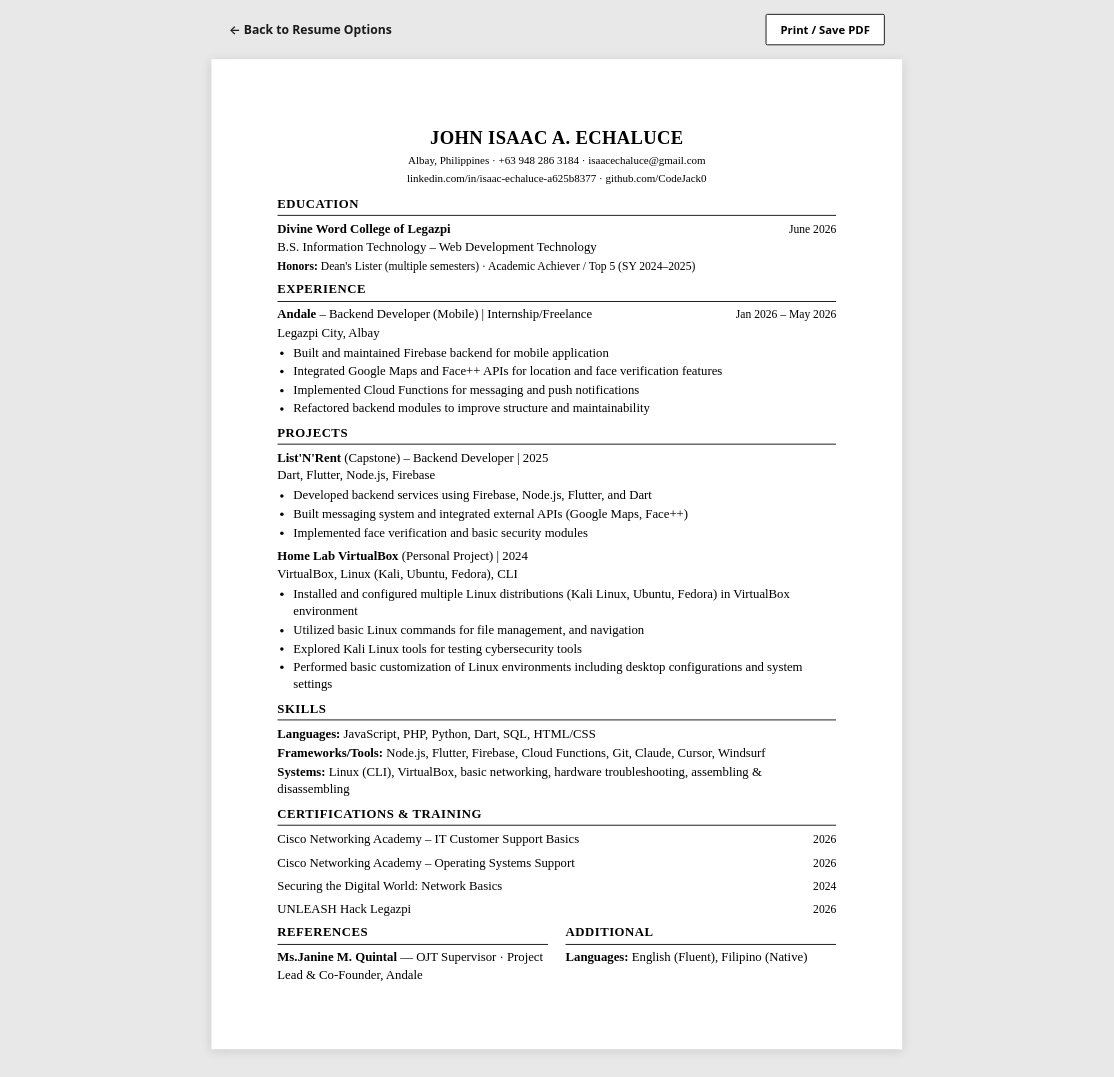
Repository: CodeJack0/Professional_Portfolio
Page: pages/resume.html
An editor plug-in stored every save of this project. The page is shown before and after the next save, followed by the edit.
The browser window is 1280 px wide. The pictures show the whole page, at 87% of full size.

Above is the page before, as saved 2026-05-30 13:58:57.

### pages/resume.html
<!DOCTYPE html>
<html lang="en">
<head>
  <meta charset="UTF-8" />
  <meta name="viewport" content="width=device-width, initial-scale=1.0" />
  <meta name="description" content="Resume / CV — John Isaac A. Echaluce, IT Graduate" />
  <title>Resume / CV — John Isaac A. Echaluce</title>
  <link rel="stylesheet" href="../css/resume.css" />
</head>
<body class="resume-page">
  <div class="resume-toolbar no-print">
    <a href="resumes.html" class="toolbar-link">← Back to Resume Options</a>
    <button type="button" class="toolbar-btn" onclick="window.print()">Print / Save PDF</button>
  </div>

  <article class="resume-document" aria-label="Resume">
    <header class="resume-header">
      <h1 class="resume-name">John Isaac A. Echaluce</h1>
      <p class="resume-contact-line">
        Albay, Philippines · <a href="tel:+639482863184">+63 948 286 3184</a> ·
        <a href="mailto:isaacechaluce@gmail.com">isaacechaluce@gmail.com</a>
      </p>
      <p class="resume-contact-line resume-contact-line--links">
        <a href="https://www.linkedin.com/in/isaac-echaluce-a625b8377/" rel="noopener noreferrer">linkedin.com/in/isaac-echaluce-a625b8377</a> ·
        <a href="https://github.com/CodeJack0" rel="noopener noreferrer">github.com/CodeJack0</a>
      </p>
    </header>

    <main class="resume-content">
      <section class="resume-section">
        <h2 class="resume-section-title">Education</h2>

        <div class="entry">
          <div class="entry-row">
            <span class="entry-left"><strong>Divine Word College of Legazpi</strong></span>
            <span class="entry-right">June 2026</span>
          </div>
          <div class="entry-row entry-row--sub">
            <span class="entry-left">B.S. Information Technology – Web Development Technology</span>
          </div>
          <p class="honors-line">
            <strong>Honors:</strong> Dean's Lister (multiple semesters) · Academic Achiever / Top 5 (SY 2024–2025)
          </p>
        </div>
      </section>

      <section class="resume-section">
        <h2 class="resume-section-title">Experience</h2>

        <div class="entry">
          <div class="entry-row">
            <span class="entry-left"><strong>Andale</strong> – Backend Developer (Mobile) | Internship/Freelance</span>
            <span class="entry-right">Jan 2026 – May 2026</span>
          </div>
          <div class="entry-row entry-row--sub">
            <span class="entry-left">Legazpi City, Albay</span>
          </div>
          <ul class="resume-list">
            <li>Built and maintained Firebase backend for mobile application</li>
            <li>Integrated Google Maps and Face++ APIs for location and face verification features</li>
            <li>Implemented Cloud Functions for messaging and push notifications</li>
            <li>Refactored backend modules to improve structure and maintainability</li>
          </ul>
        </div>
      </section>

      <section class="resume-section">
        <h2 class="resume-section-title">Projects</h2>

        <div class="entry">
          <div class="entry-row">
            <span class="entry-left"><strong>List'N'Rent</strong> (Capstone) – Backend Developer | 2025</span>
            <span class="entry-right"></span>
          </div>
          <div class="entry-row entry-row--sub">
            <span class="entry-left">Dart, Flutter, Node.js, Firebase</span>
          </div>
          <ul class="resume-list">
            <li>Developed backend services using Firebase, Node.js, Flutter, and Dart</li>
            <li>Built messaging system and integrated external APIs (Google Maps, Face++)</li>
            <li>Implemented face verification and basic security modules</li>
          </ul>
        </div>

        <div class="entry">
          <div class="entry-row">
            <span class="entry-left"><strong>Home Lab VirtualBox</strong> (Personal Project) | 2024</span>
            <span class="entry-right"></span>
          </div>
          <div class="entry-row entry-row--sub">
            <span class="entry-left">VirtualBox, Linux (Kali, Ubuntu, Fedora), CLI</span>
          </div>
          <ul class="resume-list">
            <li>Installed and configured multiple Linux distributions (Kali Linux, Ubuntu, Fedora) in VirtualBox environment</li>
            <li>Utilized basic Linux commands for  file management, and navigation</li>
            <li>Explored Kali Linux tools for testing cybersecurity tools</li>
            <li>Performed basic customization of Linux environments including desktop configurations and system settings</li>
          </ul>
        </div>


      <section class="resume-section">
        <h2 class="resume-section-title">Skills</h2>
        <p class="skills-line"><strong>Languages:</strong> JavaScript, PHP, Python, Dart, SQL, HTML/CSS</p>
        <p class="skills-line"><strong>Frameworks/Tools:</strong> Node.js, Flutter, Firebase, Cloud Functions, Git, Claude, Cursor, Windsurf</p>
        <p class="skills-line"><strong>Systems:</strong> Linux (CLI), VirtualBox, basic networking, hardware troubleshooting, assembling & disassembling</p>
      </section>

      <section class="resume-section">
        <h2 class="resume-section-title">Certifications & Training</h2>

        <div class="entry entry--compact">
          <div class="entry-row">
            <span class="entry-left">Cisco Networking Academy – IT Customer Support Basics</span>
            <span class="entry-right">2026</span>
          </div>
        </div>

        <div class="entry entry--compact">
          <div class="entry-row">
            <span class="entry-left">Cisco Networking Academy – Operating Systems Support</span>
            <span class="entry-right">2026</span>
          </div>
        </div>

        <div class="entry entry--compact">
          <div class="entry-row">
            <span class="entry-left">Securing the Digital World: Network Basics</span>
            <span class="entry-right">2024</span>
          </div>
        </div>

        <div class="entry entry--compact">
          <div class="entry-row">
            <span class="entry-left">UNLEASH Hack Legazpi</span>
            <span class="entry-right">2026</span>
          </div>
        </div>
      </section>

      <section class="resume-section resume-section--combined">
        <div class="resume-two-col">
          <div>
            <h2 class="resume-section-title">References</h2>
            <p class="skills-line"><strong>Ms.Janine M. Quintal</strong> — OJT Supervisor · Project Lead &amp; Co-Founder, Andale</p>
          </div>
          <div>
            <h2 class="resume-section-title">Additional</h2>
            <p class="skills-line"><strong>Languages:</strong> English (Fluent), Filipino (Native)</p>
          </div>
        </div>
      </section>
    </main>
  </article>
</body>
</html>

### css/resume.css
/* Harvard-style resume — conservative, single column, print-first (A4) */

:root {
  --resume-page-width: 210mm;
  --resume-page-height: 297mm;
  --resume-page-margin: 20mm;
}

*,
*::before,
*::after {
  box-sizing: border-box;
}

body.resume-page {
  margin: 0;
  font-family: "Times New Roman", Times, Georgia, serif;
  font-size: 11pt;
  line-height: 1.35;
  color: #000;
  background: #e8e8e8;
  -webkit-font-smoothing: antialiased;
}

/* Toolbar (screen only) */
.resume-toolbar {
  display: flex;
  align-items: center;
  justify-content: space-between;
  max-width: var(--resume-page-width);
  margin: 0 auto;
  padding: 1rem 1.25rem;
  gap: 1rem;
  font-family: system-ui, -apple-system, sans-serif;
}

.toolbar-link {
  font-size: 0.875rem;
  font-weight: 600;
  color: #1a1a1a;
  text-decoration: none;
}

.toolbar-link:hover {
  text-decoration: underline;
}

.toolbar-btn {
  font-family: inherit;
  font-size: 0.8125rem;
  font-weight: 600;
  padding: 0.5rem 1rem;
  border: 1px solid #000;
  border-radius: 2px;
  background: #fff;
  color: #000;
  cursor: pointer;
}

.toolbar-btn:hover {
  background: #f5f5f5;
}

/* Document */
.resume-document {
  width: 100%;
  max-width: var(--resume-page-width);
  min-height: var(--resume-page-height);
  margin: 0 auto 2rem;
  padding: var(--resume-page-margin);
  background: #fff;
  box-shadow: 0 2px 12px rgba(0, 0, 0, 0.12);
}

/* Header */
.resume-header {
  text-align: center;
  margin-bottom: 0.65rem;
}

.resume-name {
  font-size: 16pt;
  font-weight: 700;
  margin: 0 0 0.25rem;
  letter-spacing: 0.02em;
  text-transform: uppercase;
}

.resume-tagline {
  margin: 0;
  font-size: 10.5pt;
  font-style: italic;
}

.resume-summary {
  margin: 0.35rem auto 0;
  max-width: 95%;
  font-size: 10pt;
  line-height: 1.4;
  text-align: center;
}

.resume-contact-line {
  margin: 0.2rem 0 0;
  font-size: 9.5pt;
  line-height: 1.45;
}

.resume-contact-line--links {
  margin-top: 0.1rem;
}

.resume-contact-line a {
  color: inherit;
  text-decoration: none;
}

.resume-contact-line a:hover {
  text-decoration: underline;
}

.honors-line {
  margin: 0.2rem 0 0;
  font-size: 10pt;
  line-height: 1.35;
}

.entry-note {
  margin: 0.15rem 0 0;
  font-size: 9.5pt;
  font-style: italic;
  line-height: 1.35;
}

/* Sections */
.resume-content {
  margin: 0;
}

.resume-section {
  margin-bottom: 0.45rem;
}

.entry--compact {
  margin-bottom: 0.2rem;
}

.resume-two-col {
  display: grid;
  grid-template-columns: 1fr 1fr;
  gap: 1.25rem;
  align-items: start;
}

.resume-two-col .resume-section-title {
  margin-top: 0;
}

.resume-section--combined {
  margin-bottom: 0;
}

.skills-line--muted {
  font-size: 9.5pt;
  font-style: italic;
}

.resume-section:last-child {
  margin-bottom: 0;
}

.resume-section-title {
  font-size: 11pt;
  font-weight: 700;
  text-transform: uppercase;
  letter-spacing: 0.04em;
  margin: 0.5rem 0 0.35rem;
  padding-bottom: 0.15rem;
  border-bottom: 1px solid #000;
}

.resume-section:first-child .resume-section-title {
  margin-top: 0;
}

/* Entries */
.entry {
  margin-bottom: 0.45rem;
}

.entry:last-child {
  margin-bottom: 0;
}

.entry-row {
  display: flex;
  justify-content: space-between;
  align-items: baseline;
  gap: 1rem;
}

.entry-row--sub {
  margin-top: 0.05rem;
}

.entry-left {
  flex: 1;
  min-width: 0;
}

.entry-right {
  flex-shrink: 0;
  white-space: nowrap;
  font-size: 10pt;
}

/* Lists */
.resume-list {
  margin: 0.2rem 0 0;
  padding-left: 1.15rem;
}

.resume-list li {
  margin-bottom: 0.1rem;
}

.resume-list--plain {
  list-style: disc;
  padding-left: 1.15rem;
}

/* Skills */
.skills-line {
  margin: 0.15rem 0 0;
}

.skills-line:first-of-type {
  margin-top: 0.1rem;
}

.resume-section--inline .skills-line {
  margin-top: 0.1rem;
}

.skills-grid {
  display: grid;
  grid-template-columns: 1fr 1fr;
  gap: 1rem;
  margin-top: 0.1rem;
}

.skills-grid .resume-list {
  margin: 0;
}

/* Responsive */
@media (max-width: 640px) {
  .resume-document {
    min-height: auto;
    padding: 1rem;
  }

  .resume-contact-line {
    font-size: 9pt;
  }

  .entry-row {
    flex-direction: column;
    gap: 0.1rem;
  }

  .entry-right {
    white-space: normal;
  }

  .resume-two-col {
    grid-template-columns: 1fr;
    gap: 0.5rem;
  }
}

/* Print */
@media print {
  @page {
    size: A4;
    margin: 0;
  }

  body.resume-page {
    background: #fff;
    font-size: 11pt;
  }

  .no-print {
    display: none !important;
  }

  .resume-document {
    max-width: none;
    min-height: auto;
    margin: 0;
    padding: var(--resume-page-margin);
    box-shadow: none;
  }

  .resume-contact-line a {
    text-decoration: none;
  }

  .entry,
  .resume-section {
    break-inside: avoid;
  }
}

After the next save:
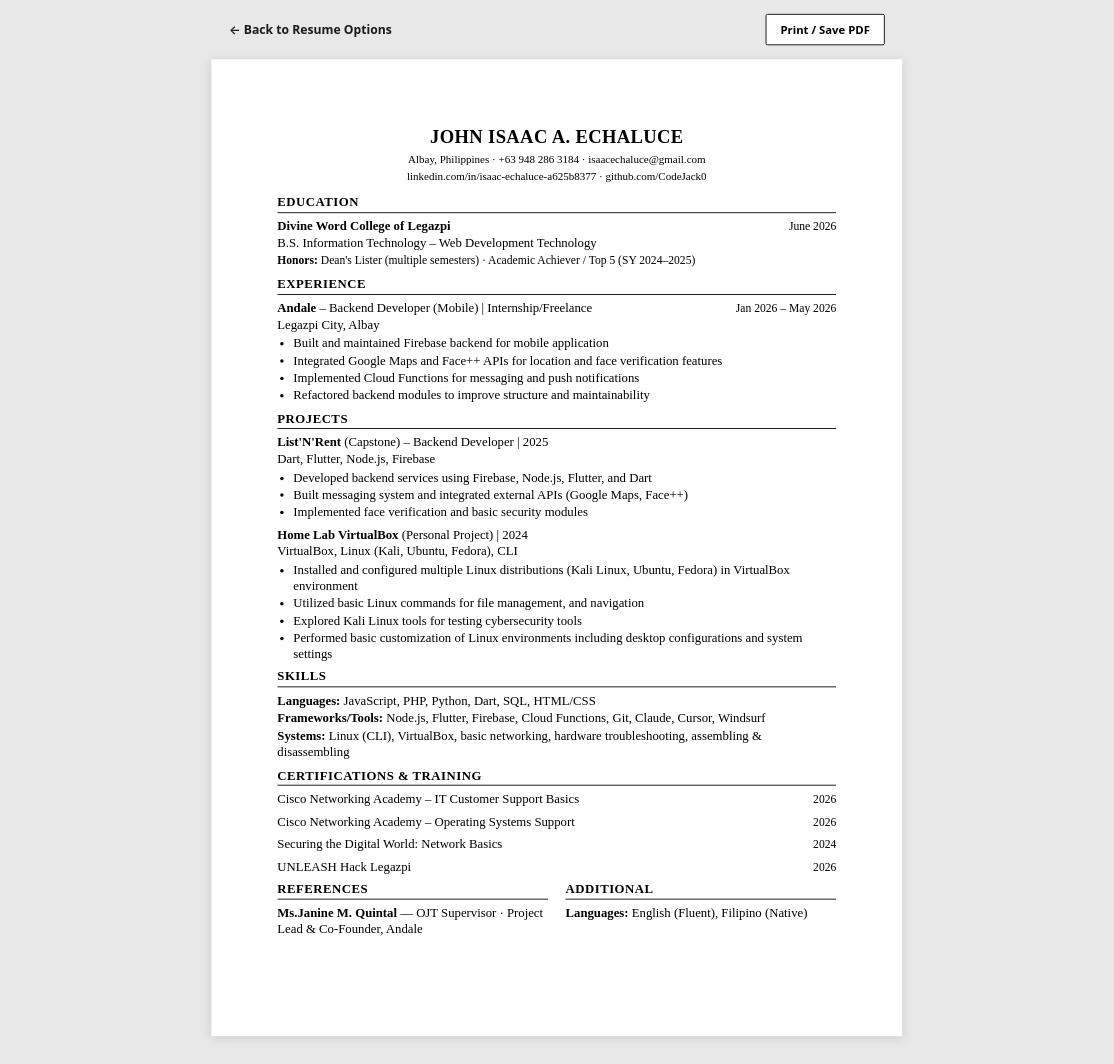
Saved 44 s later.
--- a/css/resume.css
+++ b/css/resume.css
@@ -16,7 +16,7 @@ body.resume-page {
   margin: 0;
   font-family: "Times New Roman", Times, Georgia, serif;
   font-size: 11pt;
-  line-height: 1.35;
+  line-height: 1.25;
   color: #000;
   background: #e8e8e8;
   -webkit-font-smoothing: antialiased;
